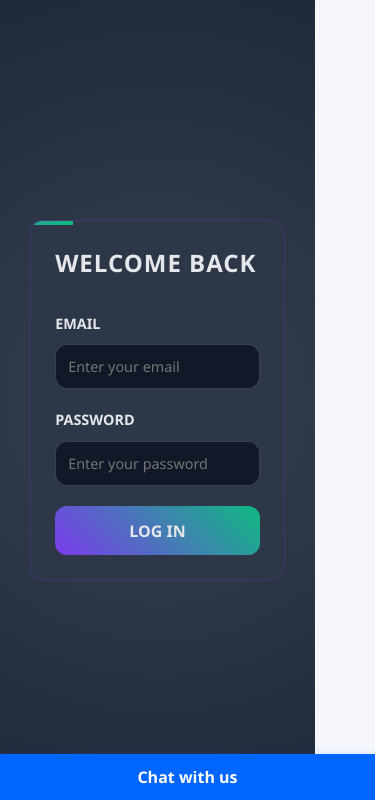
Repository: ferhadsultan98/e-commerce
Page: /
An editor plug-in stored every save of this project. The page is shown before and after the next save, followed by the edit.
The browser window is 375 px wide. The pictures show the whole page.
The project was rebuilt for these pictures with package versions that can differ from the ones it lists, and the page was loaded fresh each time. Also part of the build but not shown: vite.config.js, src/client/Styles/Products.scss, src/client/Pages/Products/ProductCard.jsx, src/client/Pages/Products/Products.jsx, src/client/Styles/TechSlider.scss, src/client/Pages/TechSlider/TechSlider.jsx, src/client/Styles/TopHeader.scss, src/client/Components/Header/TopHeader.jsx and 28 more.

Above is the page before, as saved 2025-04-22 16:53:29.

After the next save:
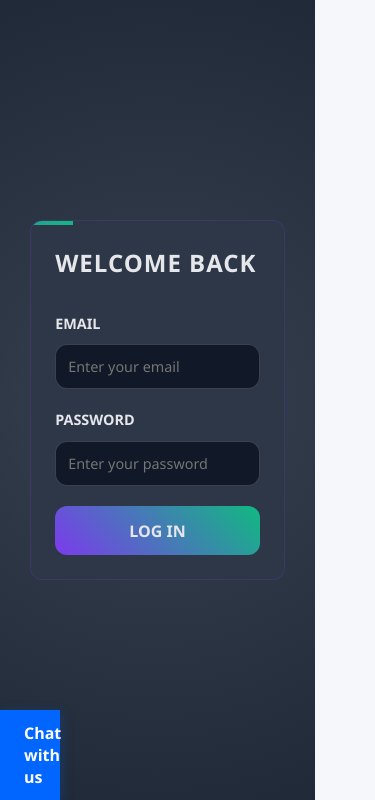
Saved 4 s later.
--- a/src/client/Styles/ChatWidget.scss
+++ b/src/client/Styles/ChatWidget.scss
@@ -354,7 +354,7 @@
 
     .chatButton {
       border-radius: 0;
-      width: 100%;
+      width: 60px;
       position: fixed;
       bottom: 0;
       left: 0;
